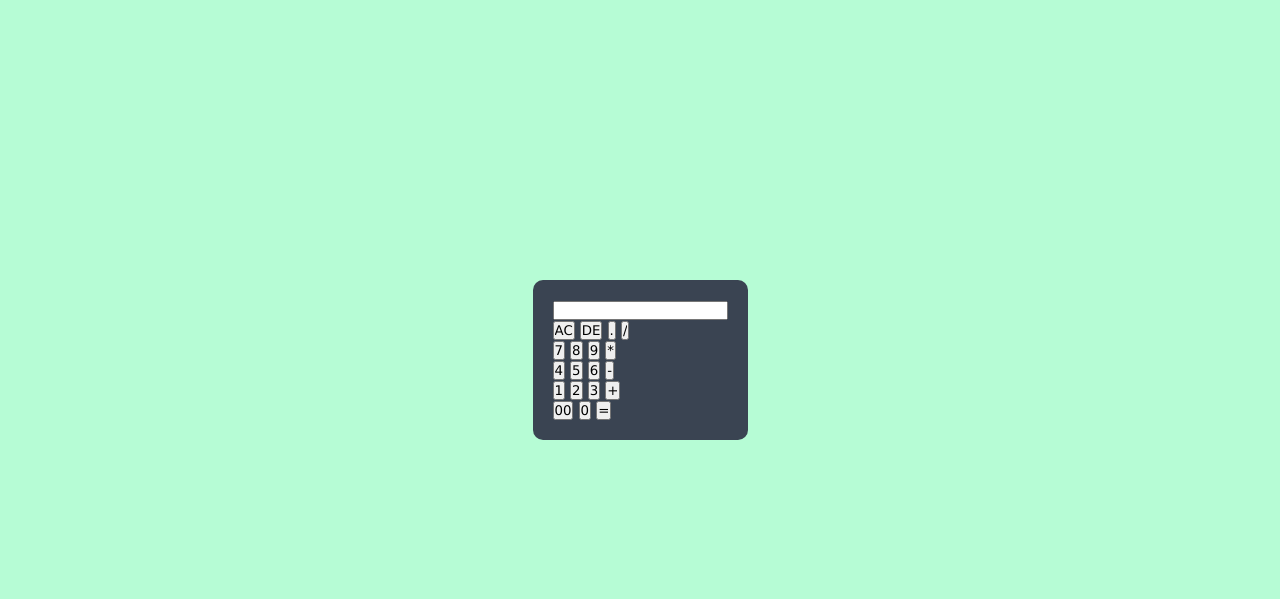
Repository: sirsky89/Simple-Calculator
Page: index.html
These files come from the project's save history. The page is drawn as it stood at one moment and after the next save; the edit follows.
The browser window is 1280 px wide. The pictures show the whole page.

Above is the page before, as saved 2023-01-14 09:38:12.

### index.html
<!DOCTYPE html>
<html lang="en">
  <head>
    <meta charset="UTF-8" />
    <meta http-equiv="X-UA-Compatible" content="IE=edge" />
    <meta name="viewport" content="width=device-width, initial-scale=1.0" />
    <title>Android Calculator</title>
    <link rel="stylesheet" href="style.css" />
  </head>
  <body>
    <section>
      <div class="container">
        <div class="calculator">
          <form>
            <div>
              <input type="text" name="display" />
            </div>
            <div>
              <input type="button" value="AC" />
              <input type="button" value="DE" />
              <input type="button" value="." />
              <input type="button" value="/" />
            </div>
            <div>
              <input type="button" value="7" />
              <input type="button" value="8" />
              <input type="button" value="9" />
              <input type="button" value="*" />
            </div>
            <div>
              <input type="button" value="4" />
              <input type="button" value="5" />
              <input type="button" value="6" />
              <input type="button" value="-" />
            </div>
            <div>
              <input type="button" value="1" />
              <input type="button" value="2" />
              <input type="button" value="3" />
              <input type="button" value="+" />
            </div>
            <div>
              <input type="button" value="00" />
              <input type="button" value="0" />
              <input type="button" value="=" />
            </div>
          </form>
        </div>
      </div>
    </section>
  </body>
</html>

### style.css
* {
  margin: 0;
  padding: 0;
  box-sizing: border-box;
  font-family: Verdana, Geneva, Tahoma, sans-serif;
}

.container {
  width: 100%;
  height: 100vh;
  background-color: #b6fcd5;
  display: flex;
  align-items: center;
  justify-content: center;
}

.calculator {
  background: #3a4452;
  padding: 20px;
  border-radius: 10px;
}

After the next save:
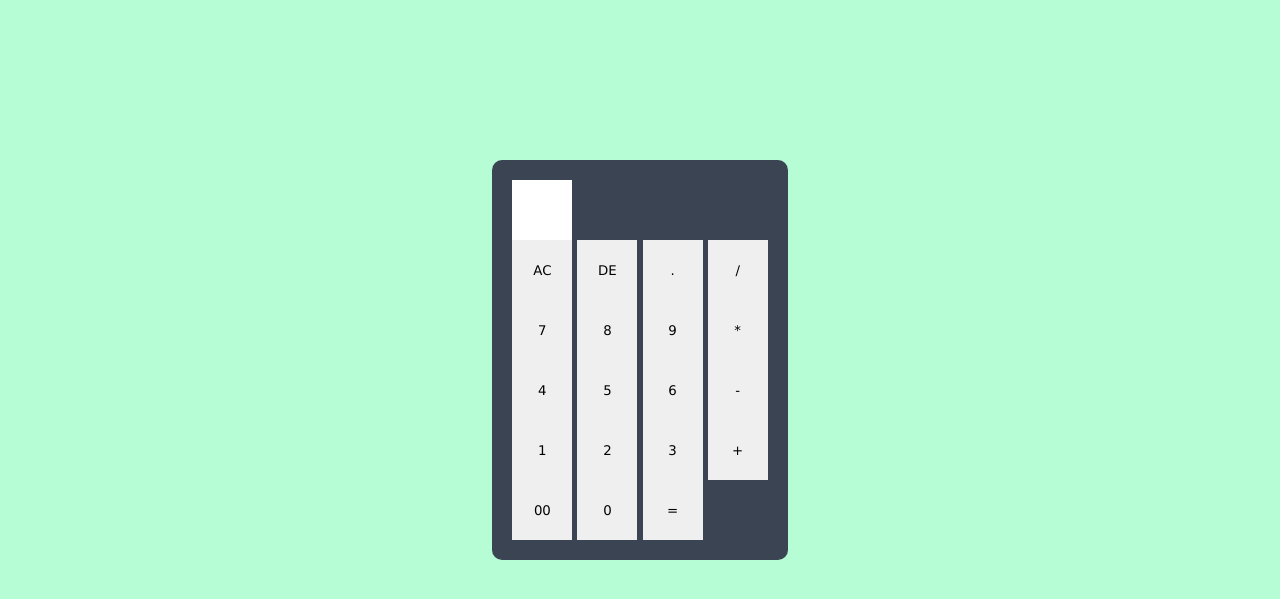
Saved 53 s later.
--- a/style.css
+++ b/style.css
@@ -19,3 +19,10 @@
   padding: 20px;
   border-radius: 10px;
 }
+
+.calculator form input {
+  border: 0;
+  outline: 0;
+  width: 60px;
+  height: 60px;
+}
